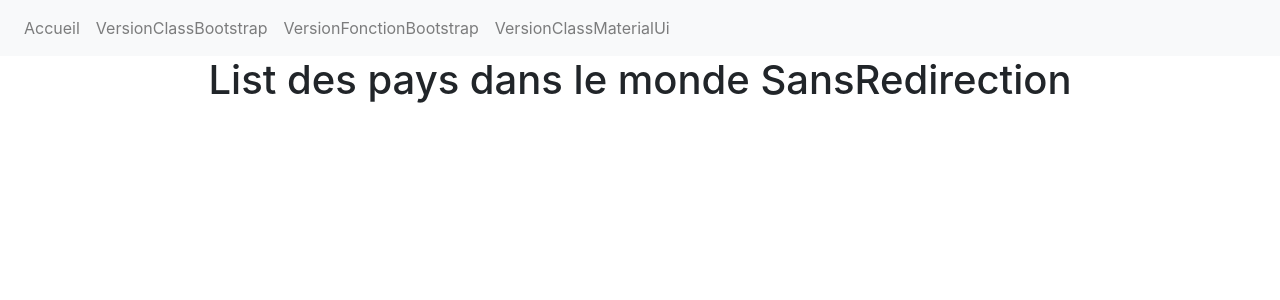
Repository: LudovicB21/CountryTest
Page: /VersionSansRedirection
The author's editor kept a copy of each file at every save. The page is drawn from the files as they stood at one save, then again after the next save.
The browser window is 1280 px wide. The pictures show the whole page.
The page's requests for data from a server got no answer. The project was rebuilt for these pictures with package versions that can differ from the ones it lists, and the page was loaded fresh each time. No one was signed in, and anything a server would have sent is missing. Also part of the build but not shown: src/components/VersionClassBootstrap/ListPays.components.js, src/components/VersionClassMaterialUi/ListPays.components.js, src/components/VersionFonctionBoostrap/ListPays.components.js, src/components/Accueil.js, src/components/VersionClassBootstrap/InfoPays.components.js, src/components/VersionClassMaterialUi/InfoPays.components.js, src/components/VersionFonctionBoostrap/InfoPays.components.js.

Above is the page before, as saved 2020-10-29 11:40:41.

### public/index.html
<!DOCTYPE html>
<html lang="en">
  <head>
    <meta charset="utf-8" />
    <link rel="icon" href="%PUBLIC_URL%/favicon.ico" />
    <link rel="stylesheet" href="https://cdn.jsdelivr.net/npm/bootstrap@4.5.3/dist/css/bootstrap.min.css" integrity="sha384-TX8t27EcRE3e/ihU7zmQxVncDAy5uIKz4rEkgIXeMed4M0jlfIDPvg6uqKI2xXr2" crossorigin="anonymous">
    <meta name="viewport" content="width=device-width, initial-scale=1" />
    <meta name="theme-color" content="#000000" />
    <meta
      name="description"
      content="Web site created using create-react-app"
    />
    <link rel="apple-touch-icon" href="%PUBLIC_URL%/logo192.png" />
    <!--
      manifest.json provides metadata used when your web app is installed on a
      user's mobile device or desktop. See https://developers.google.com/web/fundamentals/web-app-manifest/
    -->
    <link rel="manifest" href="%PUBLIC_URL%/manifest.json" />
    <link
      rel="stylesheet"
      href="https://maxcdn.bootstrapcdn.com/bootstrap/4.5.0/css/bootstrap.min.css"
      integrity="sha384-9aIt2nRpC12Uk9gS9baDl411NQApFmC26EwAOH8WgZl5MYYxFfc+NcPb1dKGj7Sk"
      crossorigin="anonymous"
    />
    <link rel="stylesheet" href="https://cdn.jsdelivr.net/npm/bootstrap@4.5.3/dist/css/bootstrap.min.css" integrity="sha384-TX8t27EcRE3e/ihU7zmQxVncDAy5uIKz4rEkgIXeMed4M0jlfIDPvg6uqKI2xXr2" crossorigin="anonymous">

    <!--
      Notice the use of %PUBLIC_URL% in the tags above.
      It will be replaced with the URL of the `public` folder during the build.
      Only files inside the `public` folder can be referenced from the HTML.

      Unlike "/favicon.ico" or "favicon.ico", "%PUBLIC_URL%/favicon.ico" will
      work correctly both with client-side routing and a non-root public URL.
      Learn how to configure a non-root public URL by running `npm run build`.
    -->
    <title>React App</title>
  </head>
  <body>
    <noscript>You need to enable JavaScript to run this app.</noscript>
    <div id="root"></div>
    <!--
      This HTML file is a template.
      If you open it directly in the browser, you will see an empty page.

      You can add webfonts, meta tags, or analytics to this file.
      The build step will place the bundled scripts into the <body> tag.

      To begin the development, run `npm start` or `yarn start`.
      To create a production bundle, use `npm run build` or `yarn build`.
    -->
  </body>
</html>

### src/App.js
import React from 'react';
import './App.css';
import ListPays from "./components/VersionClassBootstrap/ListPays.components"
import ListPaysMaterial from "./components/VersionClassMaterialUi/ListPays.components"
import ListPaysFonction from "./components/VersionFonctionBoostrap/ListPays.components"
import ListPaysSansRedirection from "./components/VersionSansRedirection/ListPays.component"
import Accueil from "./components/Accueil"
import { BrowserRouter as Router, Route, Switch} from 'react-router-dom'
import InfoPays from "./components/VersionClassBootstrap/InfoPays.components"
import InfosPaysMaterial from "./components/VersionClassMaterialUi/InfoPays.components"
import InfoPaysFonction from "./components/VersionFonctionBoostrap/InfoPays.components"
import Nav from "./components/Navigation"
function App() {
  return (
    <div className="App">
        <Router>
          <Nav />
          <Switch>
            <Route path="/"  exact component={Accueil} />
            <Route path="/VersionClassBootstrap" exact component={ListPays} />
            <Route path="/VersionFonctionBoostrap" exact component={ListPaysFonction} />
            <Route path="/VersionClassMaterialUi" exact component={ListPaysMaterial} />
            <Route path="/VersionSansRedirection" exact component={ListPaysSansRedirection} />
            <Route path="/VersionClassMaterialUi/:id" component={InfosPaysMaterial} />
            <Route path="/VersionClassBootstrap/:id"  component={InfoPays }/>
            <Route path="/VersionFonctionBoostrap/:id" component={InfoPaysFonction} />
          </Switch>
        </Router>
    </div>
  );
}

export default App;

### src/components/VersionSansRedirection/ListPays.component.js
import React, { Component } from 'react'
import {Link} from 'react-router-dom'

class Pays extends Component{
  state = {
    items: []
  }

  componentDidMount(){
    fetch(
      "https://restcountries.eu/rest/v2/all"
    )
    .then(response => response.json())
    .then(responseJson => {
      this.setState({items: responseJson})
    })
  }

  render(){
    return(
      <div className="container">
        <h1>List des pays dans le monde SansRedirection </h1>
          <ul className="list-group">
            {this.state.items.map(pays => {
              return (<Link to={{pathname: `/VersionClassBootstrap/${pays.name}`, query: {pays}}}>
                <li key={pays.alpha3Code} className="list-group-item">
                  {pays.name} <img src={pays.flag} style={{width: "50px", height: "50px"}} alt="drapeau" />
                </li>
              </Link>
            )})}
          </ul>
      </div>
    )
  }


}


export default Pays

### src/components/Navigation.js
import React, { Component } from 'react';
import { Link } from 'react-router-dom';

class Navigation extends Component {
    render() {
        return (
            <nav className="navbar navbar-expand-lg navbar-light bg-light">
            <button className="navbar-toggler" type="button" data-toggle="collapse" data-target="#navbarNav" aria-controls="navbarNav" aria-expanded="false" aria-label="Toggle navigation">
                <span className="navbar-toggler-icon"></span>
            </button>
            <div className="collapse navbar-collapse" id="navbarNav">
                <ul className="navbar-nav">
                    <Link to="/">
                        <li className="nav-item">
                            <a className="nav-link">Accueil</a>
                        </li>
                    </Link>
                    <Link to="/VersionClassBootstrap">
                        <li className="nav-item">
                            <a className="nav-link">VersionClassBootstrap</a>
                        </li>
                    </Link>
                    <Link to="/VersionFonctionBoostrap">
                        <li className="nav-item">
                            <a className="nav-link">VersionFonctionBootstrap</a>
                        </li>
                    </Link>
                    <Link to="/VersionClassMaterialUi">
                        <li className="nav-item">
                            <a className="nav-link">VersionClassMaterialUi</a>
                        </li>
                    </Link>
                </ul>
            </div>
            </nav>
        )
    }
}

export default Navigation

Loaded but not shown: src/index.js (common file); src/index.css (common file); src/serviceWorker.js (common file); src/App.css (common file)

After the next save:
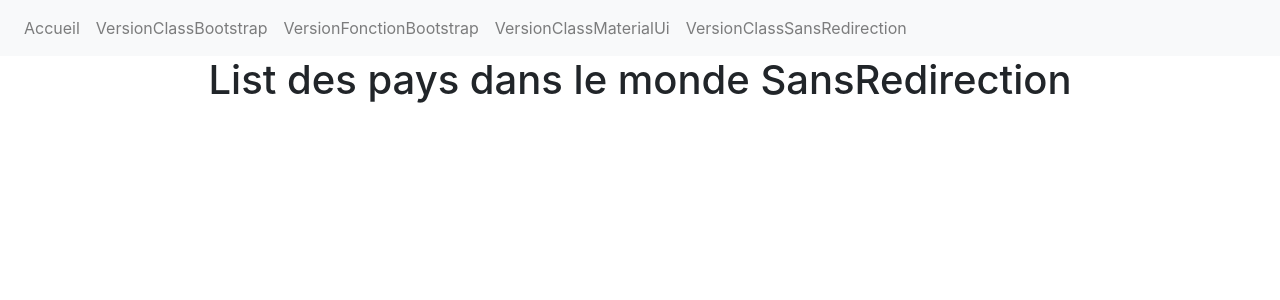
Saved 27 s later.
--- a/src/components/Navigation.js
+++ b/src/components/Navigation.js
@@ -30,6 +30,11 @@ class Navigation extends Component {
                             <a className="nav-link">VersionClassMaterialUi</a>
                         </li>
                     </Link>
+                    <Link to="/VersionClassMaterialUi">
+                        <li className="nav-item">
+                            <a className="nav-link">VersionClassSansRedirection</a>
+                        </li>
+                    </Link>
                 </ul>
             </div>
             </nav>
